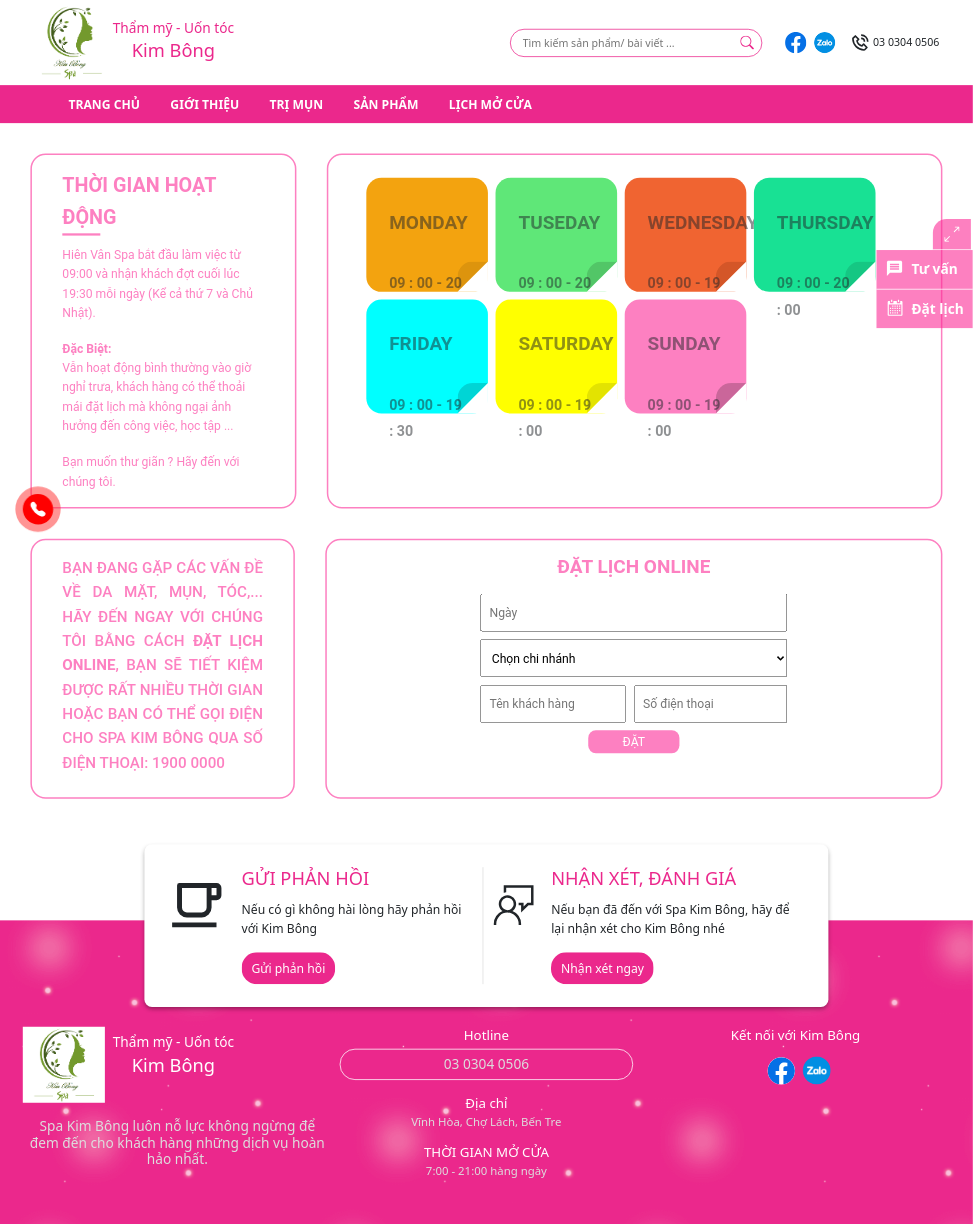
Repository: tranduykhuong/SpaKimBong
Page: /calendar
These files come from the project's save history. The page is drawn as it stood at one moment and after the next save; the edit follows.
The browser window is 1280 px wide. The pictures show the whole page, at 76% of full size.
The project was rebuilt for these pictures with package versions that can differ from the ones it lists, and the page was loaded fresh each time. Also part of the build but not shown: src/components/Banner/banner.scss, src/components/Banner/Banner.js, src/pages/Home/home.scss, src/pages/Home/ListImage/listImage.scss, src/pages/Home/ListImage/ListImage.js, src/pages/Home/BookOnline/bookOnl.scss, src/pages/Home/BookOnline/Modal/ModalBook/modalbook.scss, src/pages/Home/BookOnline/Modal/ModalBook/modalbook.js and 28 more.

Above is the page before, as saved 2022-06-08 16:37:09.

After the next save:
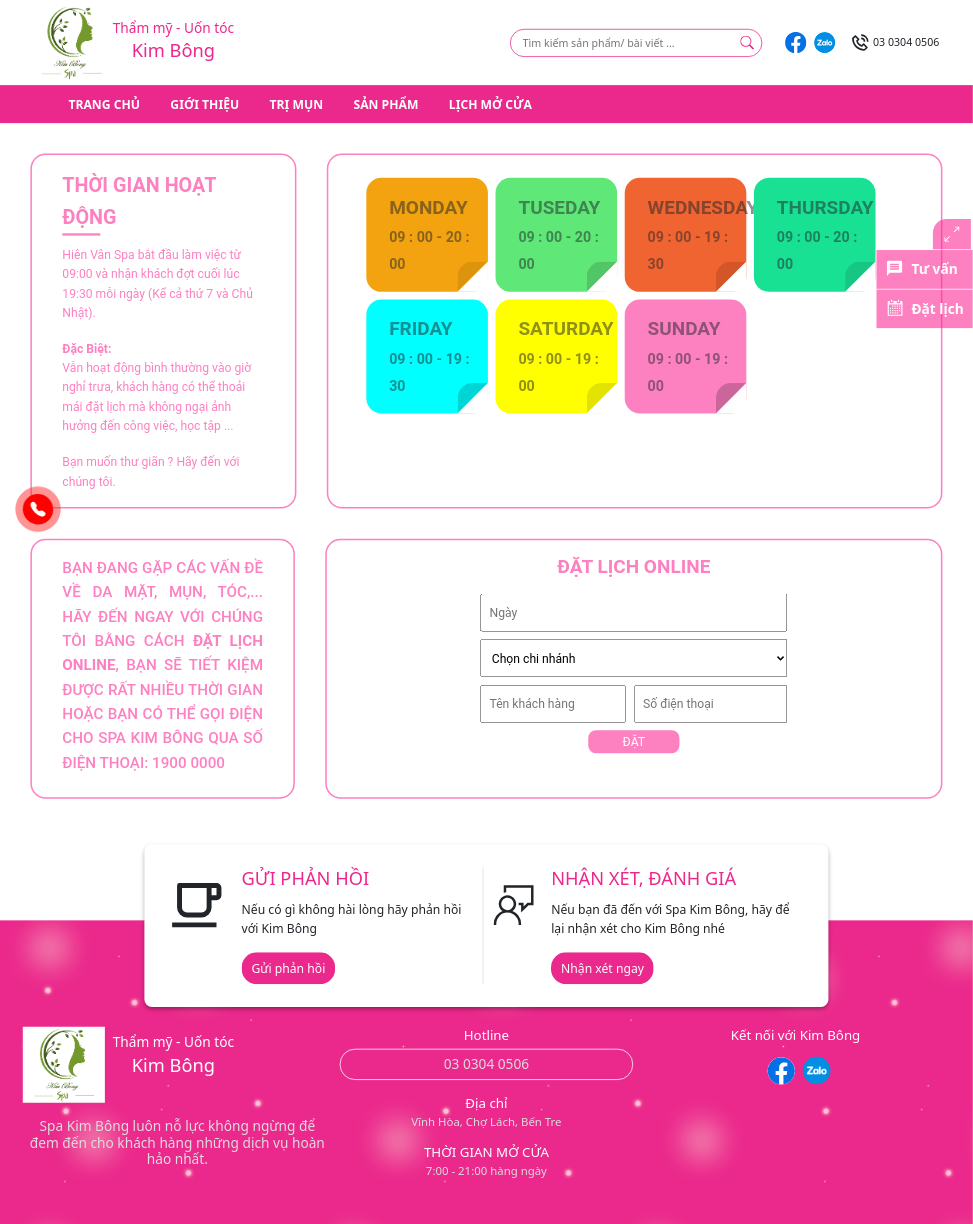
Saved 16 s later.
--- a/src/pages/Calendar/calendar.scss
+++ b/src/pages/Calendar/calendar.scss
@@ -68,7 +68,7 @@
               opacity: 0.5;
               // padding-left: 1.3rem;
               margin-bottom: 0;
-              padding: 2rem;
+              padding-left: 2rem;
             }
           }
           .box1 {
